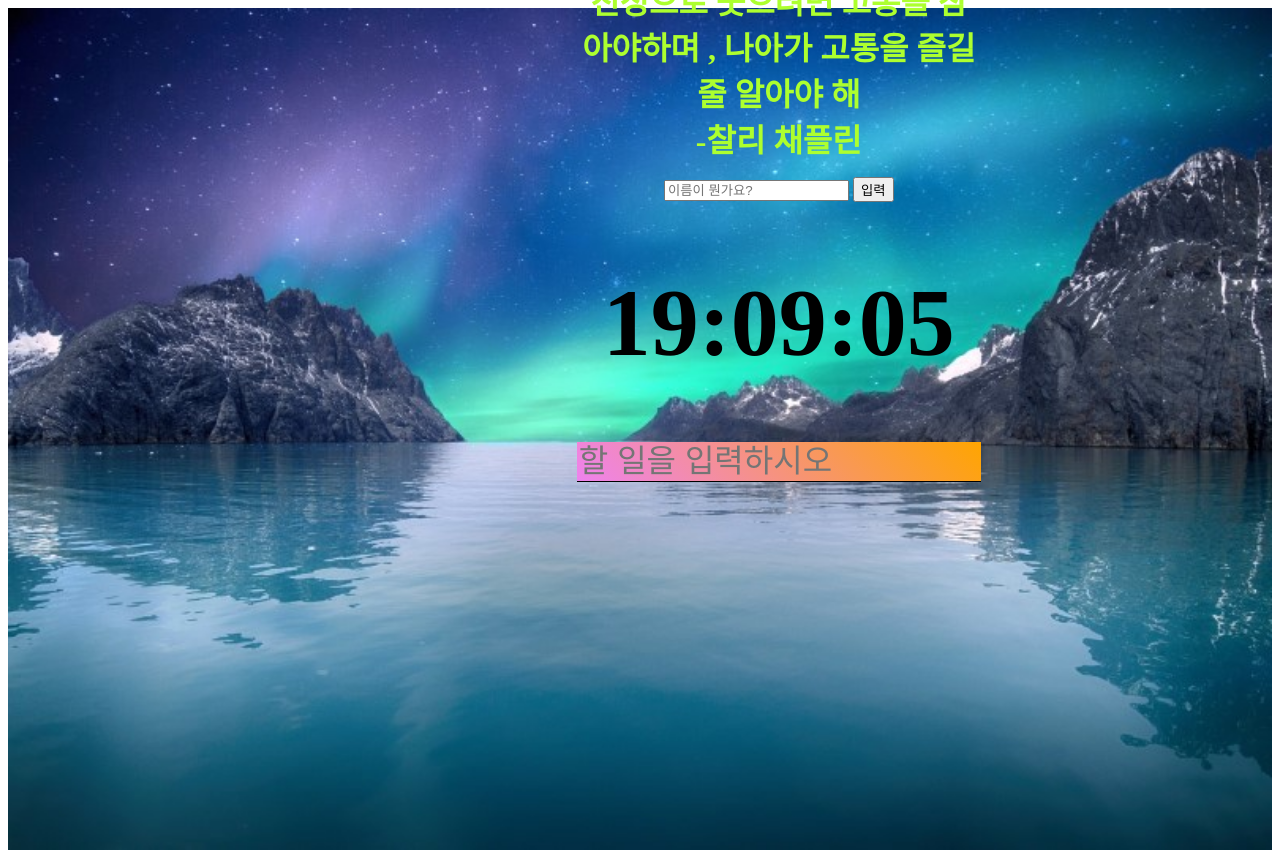
Repository: jun01270/F-E-practice
Page: index.html
An editor plug-in stored every save of this project. The page is shown before and after the next save, followed by the edit.
The browser window is 1280 px wide. The pictures show the whole page.

Above is the page before, as saved 2023-01-10 19:45:14.

### index.html
<!DOCTYPE html>
<html lang="en">
  <head>
    <meta charset="UTF-8" />
    <meta http-equiv="X-UA-Compatible" content="IE=edge" />
    <meta name="viewport" content="width=device-width, initial-scale=1.0" />
    <link rel="stylesheet" href="style.css" />
    <title>Document</title>
  </head>
  <body>
    <div id="all">
      <form id="userName-form" class="hidden">
        <input required type="text" placeholder="이름이 뭔가요?" />
        <input type="submit" value="입력" />
      </form>
      <h1 id="result"></h1>
      <h1 id="clock">00:00:00</h1>
      <form id="todo-form">
        <input id="input-blank" type="text" placeholder="할 일을 입력하시오" />
      </form>
      <ul id="todo-list"></ul>
      <div id="quote">
        <span></span>
        <div></div>
      </div>
    </div>
    <script src="/js/greeting.js"></script>
    <script src="/js/clock.js"></script>
    <script src="/js/quotes.js"></script>
    <script src="/js/background.js"></script>
    <script src="js/todo.js"></script>
    <script src="/js/weather.js"></script>
  </body>
</html>

### style.css
.hidden {
  display: none;
}

#background {
  width: 100%;
  height: 100%;
  padding: 0;
}

body {
  position: relative;
}

#all {
  position: absolute;
  top: 20%;
  left: 45%;
  text-align: center;
  height: 80%;
}

#clock {
  font-size: 600%;
}

#input-blank {
  width: 400px;
  border-top: none;
  border-left: none;
  border-right: none;
  border-bottom: 1px solid black;
}

#todo-list {
  color: yellow;
}

#quote {
  position: absolute;
  top: -200px;
  color: greenyellow;
  font-size: xx-large;
  font-weight: bold;
}

#input-blank {
  background: linear-gradient(45deg, Violet, Orange);
  font-size: xx-large;
}

#todo-list {
  list-style: none;
}

### js/greeting.js
const userNameBtn = document.querySelector("#userName-form submit");
const userName = document.querySelector("#userName-form input");
const loginForm = document.querySelector("#userName-form");
const firstH1 = document.getElementById("result");
const SavedUserName = localStorage.getItem("username");
const HIDDEN_CLASSNAME = "hidden";

function loginResult(e) {
  e.preventDefault();
  loginForm.classList.add(HIDDEN_CLASSNAME);
  const userName1 = userName.value;
  localStorage.setItem("username", userName1);
  paintUserName();
}

function paintUserName() {
  const userName1 = localStorage.getItem("username");
  firstH1.innerText = `Hello ${userName1}`;
  firstH1.classList.remove(HIDDEN_CLASSNAME);
}

if (SavedUserName === null) {
  loginForm.classList.remove(HIDDEN_CLASSNAME);
  loginForm.addEventListener("submit", loginResult);
} else {
  paintUserName();
}

function deleteUserName() {
  localStorage.removeItem("username");
  location.reload();
}

### js/clock.js
const all = document.querySelector("div#all");
const clock = all.querySelector("h1#clock");

function getClock() {
  const date = new Date();
  let Hours = String(date.getHours()).padStart(2, "0");
  let Minutes = String(date.getMinutes()).padStart(2, "0");
  let Seconds = String(date.getSeconds()).padStart(2, "0");
  // console.log(`${date.getHours()}:${date.getMinutes()}:${date.getSeconds()}`);
  clock.innerText = `${Hours}:${Minutes}:${Seconds}`;
}

getClock();
setInterval(getClock, 1000);

### js/quotes.js
const quotes = [
  {
    quote: "삶이 있는 한 희망은 있다",
    author: "-키케로",
  },
  {
    quote: "산다는것 그것은 치열한 전투이다.",
    author: "-로망로랑",
  },
  {
    quote: "하루에 3시간을 걸으면 7년 후에 지구를 한바퀴 돌 수 있다. ",
    author: "-사무엘존슨",
  },
  {
    quote: "언제나 현재에 집중할수 있다면 행복할것이다. ",
    author: "-파울로 코엘료",
  },
  {
    quote:
      "진정으로 웃으려면 고통을 참아야하며 , 나아가 고통을 즐길 줄 알아야 해 ",
    author: "-찰리 채플린",
  },
  {
    quote: "직업에서 행복을 찾아라. 아니면 행복이 무엇인지 절대 모를 것이다 ",
    author: "-엘버트 허버드",
  },
  {
    quote: "신은 용기있는자를 결코 버리지 않는다 ",
    author: "-켄러",
  },
  {
    quote: "피할수 없으면 즐겨라 ",
    author: "–로버트 엘리엇",
  },
];
const quoteCount = quotes.length;
const quote = document.querySelector("#quote span");
const author = document.querySelector("#quote div");

function showQuote() {
  const todaysQuote = quotes[Math.floor(Math.random() * quoteCount)];
  quote.innerText = todaysQuote.quote;
  author.innerText = todaysQuote.author;
}

showQuote();
setInterval(showQuote, 5000);

### js/background.js
const images = ["moon.jpg", "river.jpg", "orora.jpg"];
const chosenImage = images[Math.floor(Math.random() * images.length)];
const bgImage = document.createElement("img");
const content = document.getElementById("wrapper");
bgImage.id = "background";

bgImage.src = `img/${chosenImage}`;

document.body.appendChild(bgImage);
// bgImage.appendChild(content);

console.log(content);

### js/todo.js
const toDoForm = document.getElementById("todo-form");
const toDoInput = document.querySelector("#todo-form input");
const toDoLists = document.getElementById("todo-list");
const toDoId = document.querySelector("ul#todo-list li");
const TODOS_KEY = "todos";
let toDos = [];

function saveToDoLists() {
  localStorage.setItem(TODOS_KEY, JSON.stringify(toDos));
}

function deleteToDo(e) {
  const toDoList = e.target.parentNode;
  toDoList.remove();
  toDos = toDos.filter((toDo) => toDo.id !== parseInt(toDoList.id));
  saveToDoLists();
}

function paintToDo(newToDoObj) {
  const listOfToDo = document.createElement("li");
  listOfToDo.id = newToDoObj.id;
  const span = document.createElement("span");
  span.innerText = newToDoObj.text;
  const deleteButton = document.createElement("button");
  deleteButton.innerText = "❌";
  deleteButton.addEventListener("click", deleteToDo);
  listOfToDo.appendChild(span);
  listOfToDo.appendChild(deleteButton);
  toDoLists.appendChild(listOfToDo);
}

function handleToDoSubmit(e) {
  e.preventDefault();
  const newToDo = toDoInput.value;
  toDoInput.value = "";
  const newToDoObj = {
    text: newToDo,
    id: toDos.length + 1,
  };
  toDos.push(newToDoObj);
  paintToDo(newToDoObj);
  saveToDoLists();
}

toDoForm.addEventListener("submit", handleToDoSubmit);

const getToDo = localStorage.getItem(TODOS_KEY);
if (getToDo !== null) {
  const parseToDo = JSON.parse(getToDo);
  toDos = parseToDo;
  parseToDo.forEach(paintToDo);
}

### js/weather.js
const API_KEY = "fbf7375beaa21a73574692bdaef4a2e7";

function onGeoSuc(position) {
  const lat = position.coords.latitude;
  const lon = position.coords.longitude;
  console.log("Your position is", lat, lon);
  const url = `https://api.openweathermap.org/geo/1.0/reverse?lat=${lat}&lon=${lon}&limit={limit}&appid=${API_KEY}`;
  console.log(url);
}

function onGeoErr() {
  alert("위치를 찾을 수 없습니다.");
}
navigator.geolocation.getCurrentPosition(onGeoSuc, onGeoErr);

After the next save:
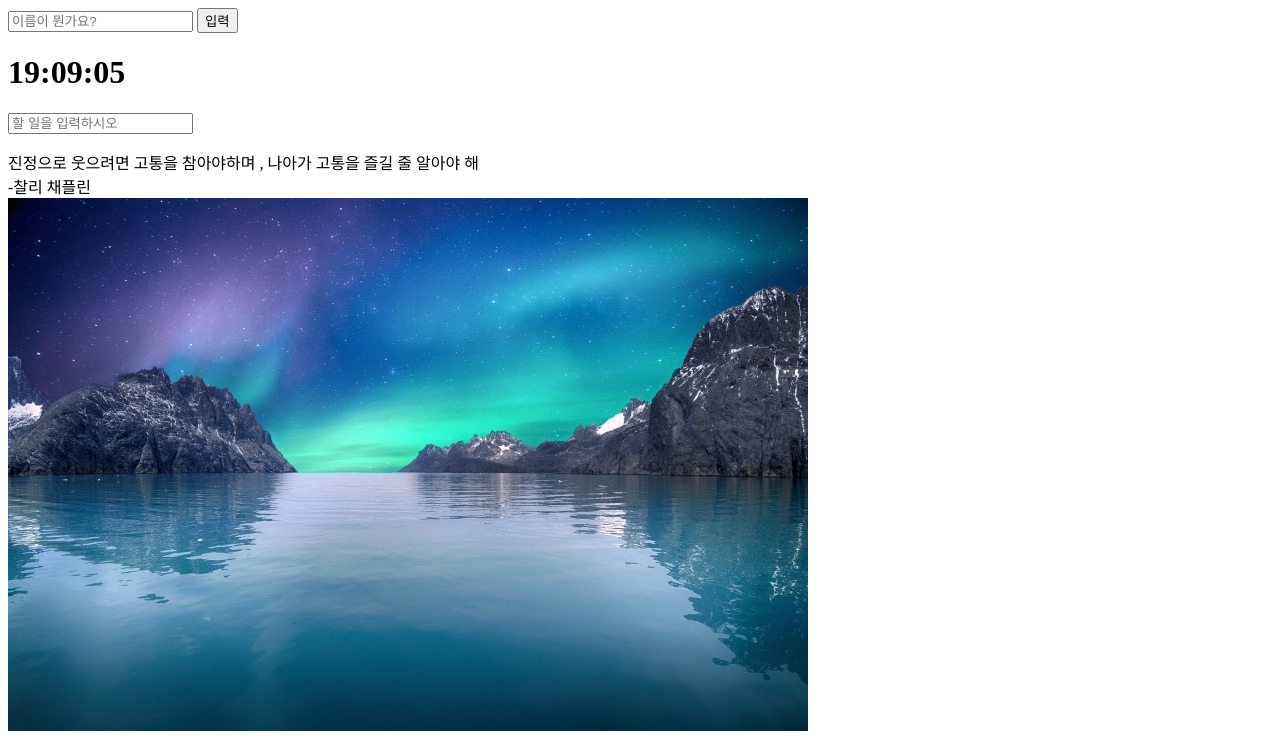
Not found: Todo-list_js/style.css
Saved 23 s later.
--- a/index.html
+++ b/index.html
@@ -4,7 +4,7 @@
     <meta charset="UTF-8" />
     <meta http-equiv="X-UA-Compatible" content="IE=edge" />
     <meta name="viewport" content="width=device-width, initial-scale=1.0" />
-    <link rel="stylesheet" href="style.css" />
+    <link rel="stylesheet" href="/Todo-list_js/style.css" />
     <title>Document</title>
   </head>
   <body>

After the save that followed:
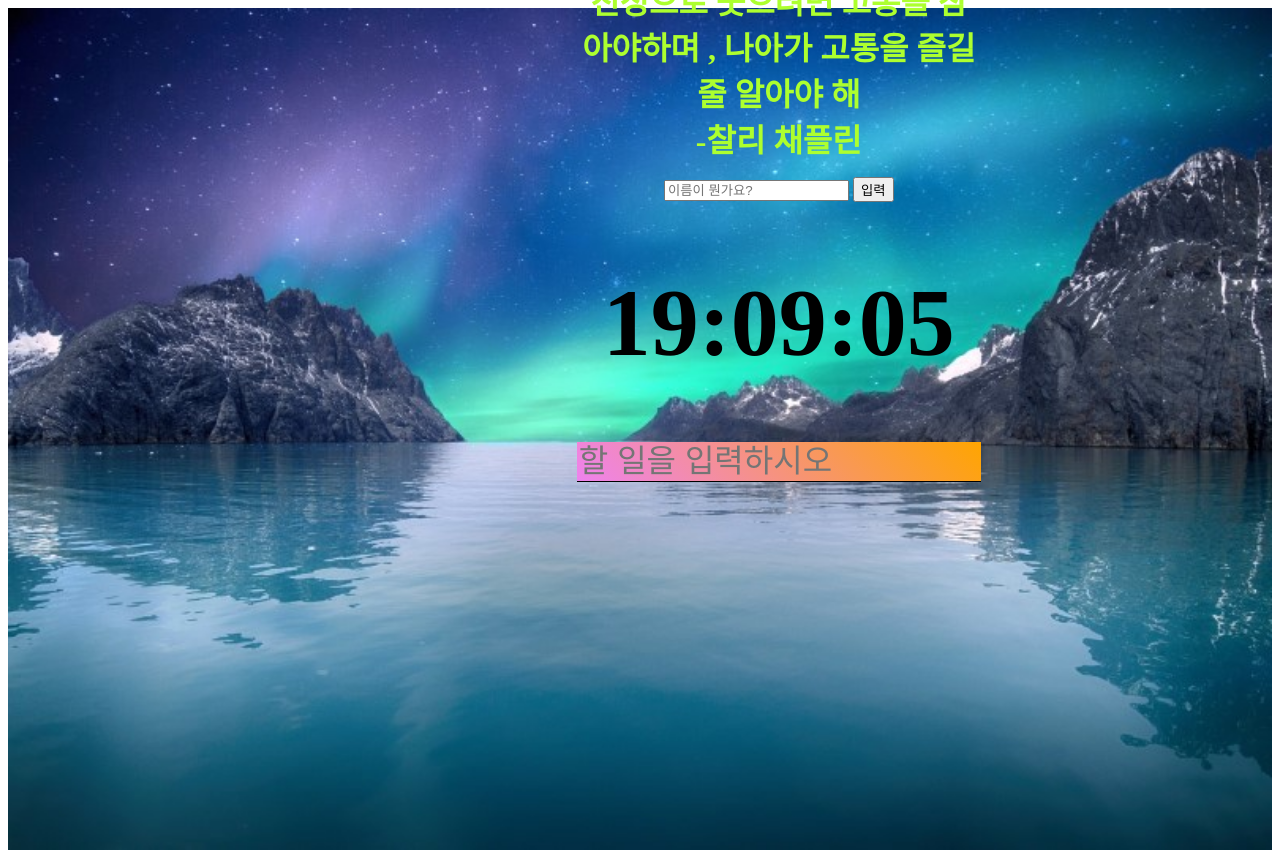
Saved 13 s later.
--- a/index.html
+++ b/index.html
@@ -4,7 +4,7 @@
     <meta charset="UTF-8" />
     <meta http-equiv="X-UA-Compatible" content="IE=edge" />
     <meta name="viewport" content="width=device-width, initial-scale=1.0" />
-    <link rel="stylesheet" href="/Todo-list_js/style.css" />
+    <link rel="stylesheet" href="style.css" />
     <title>Document</title>
   </head>
   <body>
